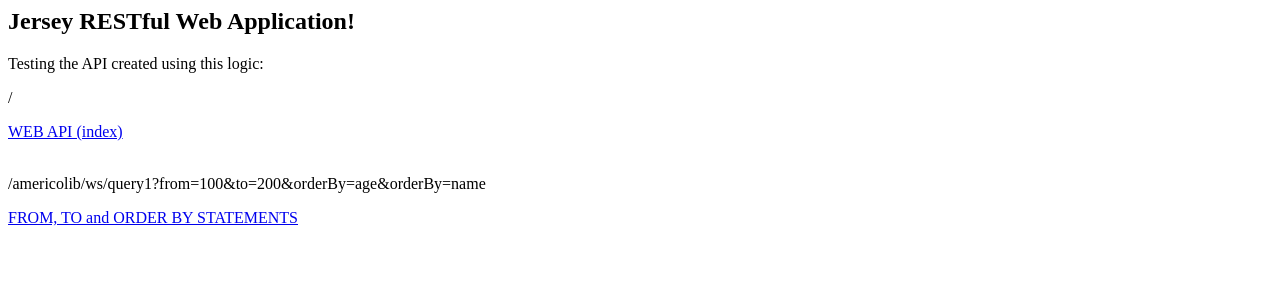
Repository: atafs/BackEnd_JAX-RS_REST_2continue
Page: http://localhost/projWS_003_QueryParam/
The author's editor kept a copy of each file at every save. The page is drawn from the files as they stood at one save, then again after the next save.
The browser window is 1280 px wide. The pictures show the whole page.
The page is served by Tomcat 9. Other server files are loaded and not shown.

Above is the page before, as saved 2016-05-02 09:47:35.

### projWS_003_QueryParam/src/main/webapp/index.jsp
<html>
<body>
    <!-- TITLE -->
	<h2>Jersey RESTful Web Application!</h2>


	<!-- IMAGE -->
	<p>Testing the API created using this logic:</p>

	<!-- LINKS -->
	<p>/</p>
	<a href="http://localhost:8085/projWS_003_QueryParam/">WEB API (index)</a><br/><br/>

	<p>/americolib/ws/query1?from=100&to=200&orderBy=age&orderBy=name</p>
	<a href="http://localhost:8085/projWS_003_QueryParam/americolib/ws/query1?from=100&to=200&orderBy=age&orderBy=name">FROM, TO and ORDER BY STATEMENTS</a><br/><br/>

</body>
</html>

After the next save:
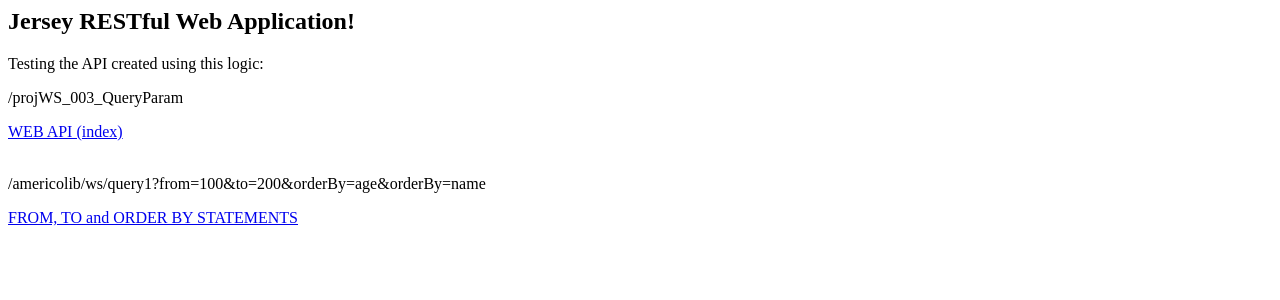
Saved 29 s later.
--- a/projWS_003_QueryParam/src/main/webapp/index.jsp
+++ b/projWS_003_QueryParam/src/main/webapp/index.jsp
@@ -8,7 +8,7 @@
 	<p>Testing the API created using this logic:</p>
 
 	<!-- LINKS -->
-	<p>/</p>
+	<p>/projWS_003_QueryParam</p>
 	<a href="http://localhost:8085/projWS_003_QueryParam/">WEB API (index)</a><br/><br/>
 
 	<p>/americolib/ws/query1?from=100&to=200&orderBy=age&orderBy=name</p>
